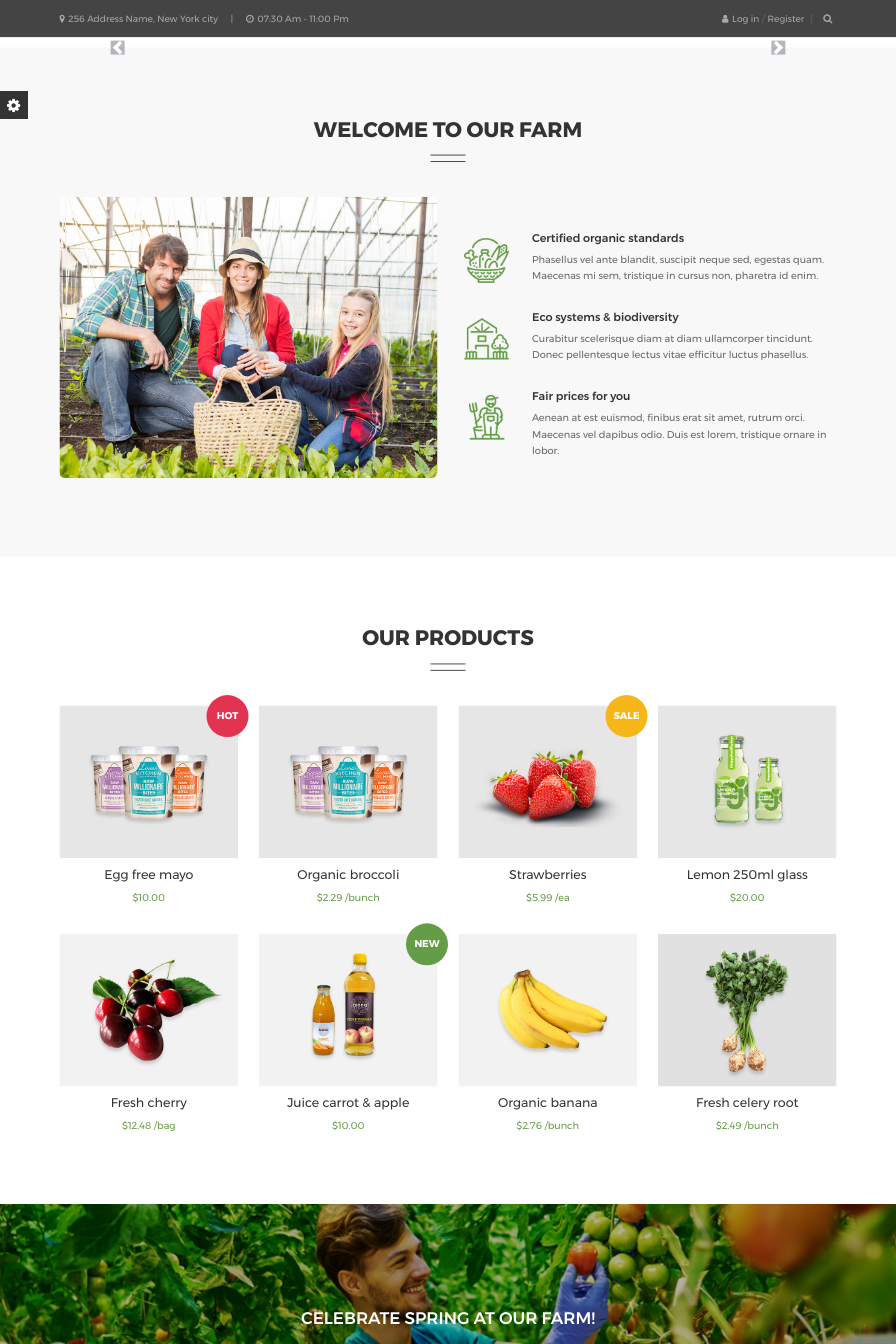
Repository: riteshyadav7878/ecofood
Page: http://localhost/
An editor plug-in stored every save of this project. The page is shown before and after the next save, followed by the edit.
The browser window is 1280 px wide. The pictures show the part of the page from y = 0 to 1920 px (the page is 3526 px tall before and 3516 px after), at 70% of full size.
Backgrounds fixed to the window are drawn as part of the page. Some web libraries are served in a nearby version. The page is run by PHP 8.4 with error messages shown; the project is at /var/www/html/. Other server files are loaded and not shown. Queries for data that is not in the repository find no rows.

Above is the page before, as saved 2024-09-03 12:01:25.

### index.php
<?php
include 'conn.php'; // Include your database connection file

// Fetch all active sliders
$sql = "SELECT * FROM slider WHERE status='active'";
$result = $conn->query($sql);
?>

<!DOCTYPE html>

<!-- [if gt IE 8] <!-->
<html class="no-js" lang="en">
<!-- <![endif]-->

<!-- Mirrored from freebw.com/templates/ecofood/index1.html by HTTrack Website Copier/3.x [XR&CO'2014], Thu, 29 Aug 2024 05:33:16 GMT -->
<!-- Added by HTTrack --><meta http-equiv="content-type" content="text/html;charset=UTF-8" /><!-- /Added by HTTrack -->
<head>

<meta charset="UTF-8">
<title>Homepage 2 - Ecofood html5 templates</title>
<meta name="description" content="Ecofood theme tempalte">
<meta name="author" content="AuCreative">
<meta name="keywords" content="Ecofood theme template">

<meta name="viewport" content="width=device-width, initial-scale=1">

<link href="fonts/fonts.css" rel="stylesheet">
<link href="vendor/font-awesome/css/font-awesome.min.css" rel="stylesheet">
<link href="vendor/bootstrap/dist/css/bootstrap.min.css" rel="stylesheet">
<link href="vendor/css-hamburgers/dist/hamburgers.min.css" rel="stylesheet">
<link href="vendor/malihu-custom-scrollbar-plugin/jquery.mCustomScrollbar.css" rel="stylesheet">
<link href="vendor/animate.css/animate.min.css" rel="stylesheet">
<link href="vendor/revolution/css/layers.css" rel="stylesheet">
<link href="vendor/revolution/css/navigation.css" rel="stylesheet">
<link href="vendor/revolution/css/settings.css" rel="stylesheet">
<link href="vendor/owl.carousel/dist/assets/owl.carousel.min.css" rel="stylesheet">
<link href="css/main.css" rel="stylesheet">
<link href="css/switcher.css" rel="stylesheet">
<link href="css/colors/green.css" rel="stylesheet" id="colors">
<link href="css/retina.css" rel="stylesheet">

<link rel="shortcut icon" href="favicon.png">
<link rel="apple-touch-icon" href="apple-touch-icon.png">
<link rel="apple-touch-icon" sizes="72x72" href="apple-touch-icon-72x72.png">
<link rel="apple-touch-icon" sizes="114x114" href="apple-touch-icon-114x114.html">
<script src="js/modernizr-custom.js"></script>
<link href="https://stackpath.bootstrapcdn.com/bootstrap/4.5.2/css/bootstrap.min.css" rel="stylesheet">
    <style>
        .carousel-item img {
            width: 100%;
            height: 500px; /* Fixed height for images */
            object-fit: cover; /* Ensure images cover the area without distortion */
            border: 5px solid #fff; /* White border around images */
            border-radius: 10px; /* Optional: rounded corners for the border */
        }
        .carousel-caption {
            text-align: center; /* Center align text */
            background-color: rgba(0, 0, 0, 0.5); /* Semi-transparent background for readability */
            padding: 15px; /* Add padding */
            border-radius: 5px; /* Rounded corners for caption box */
        }
        .carousel-caption h5 {
            font-weight: bold; /* Make title bold */
            font-size: 3rem; /* Increase font size of title */
        }
        .carousel-caption p {
            font-size: 2rem; /* Increase font size of description */
        }
        .carousel-control-prev,
        .carousel-control-next {
            color: #6c757d; /* Secondary color for the controls (gray) */
        }
        .carousel-control-prev-icon,
        .carousel-control-next-icon {
            background-color: #6c757d; /* Secondary color for the control icons background */
        }
    </style>
</head>
<body>

<div class="page-loader">
<div class="loader"></div>
</div>
<div id="switcher">
<span class="switcher-cog"></span>
<div class="mCustomScrollbar" data-mcs-theme="minimal-dark">
<a class="btn-buy" href="https://themeforest.net/cart/add_items?item_ids=20283248&amp;ref=authemes" target="_blank">Buy Now</a>
<div class="clearfix"></div>
<div class="m-b-50"></div>
<span class="sw-title">Main Colors:</span>
<ul id="tm-color">
<li class="color1"></li>
<li class="color2"></li>
<li class="color3"></li>
<li class="color4"></li>
<li class="color5"></li>
<li class="color6"></li>
<li class="color7"></li>
</ul>
<div class="m-b-50"></div>
<span class="sw-title">HomePage Layout</span>
<ul class="demo-homepage">
<li>
<a href="index-2.html">
<img src="images/home_1.jpg" alt />
</a>
<img class="popup-demo-homepage" src="images/home_1.jpg" alt="Image" />
</li>
<li>
<a href="index1.html">
<img src="images/home_2.jpg" alt />
</a>
<img class="popup-demo-homepage" src="images/home_2.jpg" alt="Image" />
</li>
<li>
<a href="index2.html">
<img src="images/home_3.jpg" alt />
</a>
<img class="popup-demo-homepage" src="images/home_3.jpg" alt="Image" />
</li>
<li>
<a href="index3.html">
<img src="images/home_4.jpg" alt />
</a>
<img class="popup-demo-homepage" src="images/home_4.jpg" alt="Image" />
</li>
</ul>
</div>
</div>
<header>

<!--    Navbar -->
    <?php include 'Navbar.php'; ?>


<div class="section dark-background">
<div class="container">
<div class="header-2">
<div class="header-left">
<p>
<i class="fa fa-map-marker"></i>256 Address Name, New York city
<span>|</span>
<i class="fa fa-clock-o"></i>07:30 Am - 11:00 Pm</p>
</div>
<div class="header-right">
<div class="header-login">
<a href="login.php">
<i class="fa fa-user"></i>Log in</a>
<span>/</span>
<a href="register.php">Register</a>
</div>
<span class="divider">|</span>
<div class="header-search">
<button class="fa fa-search"></button>
<div class="search-box">
<input type="text" placeholder="Search..." />
</div>
</div>
</div>
</div>
</div>
</div>

</header>

<section>
<div class="container mt-4">

        <!-- Bootstrap Carousel -->
        <div id="carouselExampleIndicators" class="carousel slide">
            <ol class="carousel-indicators">
                <?php $i = 0; while($row = $result->fetch_assoc()): ?>
                    <li data-target="#carouselExampleIndicators" data-slide-to="<?php echo $i; ?>" class="<?php echo $i == 0 ? 'active' : ''; ?>"></li>
                <?php $i++; endwhile; ?>
            </ol>
            <div class="carousel-inner">
                <?php
                $result->data_seek(0); // Reset result pointer to the start
                $i = 0;
                while($row = $result->fetch_assoc()):
                ?>
                    <div class="carousel-item <?php echo $i == 0 ? 'active' : ''; ?>">
                        <img src="<?php echo $row['image_url']; ?>" class="d-block w-100" alt="<?php echo htmlspecialchars($row['title']); ?>">
                        <div class="carousel-caption d-none d-md-block">
                            <h5><?php echo htmlspecialchars($row['title']); ?></h5>
                            <p><?php echo htmlspecialchars($row['description']); ?></p>
                        </div>
                    </div>
                <?php $i++; endwhile; ?>
            </div>
            <a class="carousel-control-prev" href="#carouselExampleIndicators" role="button" data-slide="prev">
                <span class="carousel-control-prev-icon" aria-hidden="true"></span>
                <span class="sr-only">Previous</span>
            </a>
            <a class="carousel-control-next" href="#carouselExampleIndicators" role="button" data-slide="next">
                <span class="carousel-control-next-icon" aria-hidden="true"></span>
                <span class="sr-only">Next</span>
            </a>
        </div>
    </div>
</section>
<section>
<div class="section grey-background p-t-100 p-b-100">
<div class="container">

<div class="heading-section-1">
<h3>WELCOME TO OUR FARM</h3>
</div>
<div class="m-t-50">

<div class="about-1">
<div class="row">
<div class="col-md-6">
<div class="about-image">
<img src="images/about-01.jpg" alt="about farm" />
</div>
</div>
<div class="col-md-6">
<div class="about-content">
<div class="about-content-item">
<div class="content-image">
<img src="images/icons/ic-about-01.png" alt="about icon" />
</div>
<div class="content-main">
<h3 class="title-content">Certified organic standards</h3>
<p class="content-content">Phasellus vel ante blandit, suscipit neque sed, egestas quam. Maecenas mi sem, tristique in cursus non, pharetra id enim.</p>
</div>
</div>
<div class="about-content-item">
<div class="content-image">
<img src="images/icons/ic-about-02.png" alt="about icon" />
</div>
<div class="content-main">
<h3 class="title-content">Eco systems & biodiversity</h3>
<p class="content-content">Curabitur scelerisque diam at diam ullamcorper tincidunt. Donec pellentesque lectus vitae efficitur luctus phasellus.</p>
</div>
</div>
<div class="about-content-item">
<div class="content-image">
<img src="images/icons/ic-about-03.png" alt="about icon" />
</div>
<div class="content-main">
<h3 class="title-content">Fair prices for you</h3>
<p class="content-content">Aenean at est euismod, finibus erat sit amet, rutrum orci. Maecenas vel dapibus odio. Duis est lorem, tristique ornare in lobor.</p>
</div>
</div>
</div>
</div>
</div>
</div>

</div>
</div>
</div>
</section>

<section class="m-t-100 m-b-60">
<div class="section white-background">
<div class="container">

<div class="heading-section-1">
<h3>OUR PRODUCTS</h3>
</div>
<div class="product-list m-t-50">
<div class="row">
<div class="col-md-3 col-sm-6">
    <div class="product-1">
        <div class="product-image">
            <div class="image-holder">
                <!-- Make the image clickable -->
                <a href="shopping-cart.php">
                    <img src="images/product-item-01.jpg" alt="Egg free mayo" />
                </a>
            </div>
            <div class="product-status hot">
                <span>HOT</span>
            </div>
        </div>
        <div class="product-content">
            <h3 class="title">
                <a class="name" href="product-details-1.php">Egg free mayo</a>
            </h3>
            <p class="price">$10.00</p>
        </div>
    </div>
</div>

<div class="col-md-3 col-sm-6">
    <div class="product-1">
        <div class="product-image">
            <div class="image-holder">
                <!-- Make the image clickable -->
                <a href="shop-list-without-sidebar.php">
                    <img src="images/product-item-01.jpg" alt="Organic broccoli" />
                </a>
            </div>
        </div>
        <div class="product-content">
            <h3 class="title">
                <a class="name" href="product-details-02.php">Organic broccoli</a>
            </h3>
            <p class="price">$2.29 /bunch</p>
        </div>
    </div>
</div>

<div class="col-md-3 col-sm-6">
    <div class="product-1">
        <div class="product-image">
            <div class="image-holder">
                <!-- Make the image clickable -->
                <a href="shop-list-without-sidebar.php">
                    <img src="images/product-item-03.jpg" alt="Strawberries" />
                </a>
            </div>
            <div class="product-status sale">
                <span>SALE</span>
            </div>
        </div>
        <div class="product-content">
            <h3 class="title">
                <a class="name" href="product-details-1.php">Strawberries</a>
            </h3>
            <p class="price">$5.99 /ea</p>
        </div>
    </div>
</div>

<div class="col-md-3 col-sm-6">
    <div class="product-1">
        <div class="product-image">
            <div class="image-holder">
                <!-- Make the image clickable -->
                <a href="shop-list-without-sidebar.php">
                    <img src="images/product-item-04.jpg" alt="Lemon 250ml glass" />
                </a>
            </div>
        </div>
        <div class="product-content">
            <h3 class="title">
                <a class="name" href="product-details-1.php">Lemon 250ml glass</a>
            </h3>
            <p class="price">$20.00</p>
        </div>
    </div>
</div>

<div class="col-md-3 col-sm-6">
    <div class="product-1">
        <div class="product-image">
            <div class="image-holder">
                <!-- Make the image clickable -->
                <a href="shop-list-without-sidebar.php">
                    <img src="images/product-item-05.jpg" alt="Fresh cherry" />
                </a>
            </div>
        </div>
        <div class="product-content">
            <h3 class="title">
                <a class="name" href="product-details-1.php">Fresh cherry</a>
            </h3>
            <p class="price">$12.48 /bag</p>
        </div>
    </div>
</div>

<div class="col-md-3 col-sm-6">
    <div class="product-1">
        <div class="product-image">
            <div class="image-holder">
                <!-- Make the image clickable -->
                <a href="shop-list-without-sidebar.php">
                    <img src="images/product-item-06.jpg" alt="Juice carrot &amp; apple" />
                </a>
            </div>
            <div class="product-status new">
                <span>NEW</span>
            </div>
        </div>
        <div class="product-content">
            <h3 class="title">
                <a class="name" href="product-details-1.php">Juice carrot &amp; apple</a>
            </h3>
            <p class="price">$10.00</p>
        </div>
    </div>
</div>

<div class="col-md-3 col-sm-6">
    <div class="product-1">
        <div class="product-image">
            <div class="image-holder">
                <!-- Make the image clickable -->
                <a href="shop-list-without-sidebar.php">
                    <img src="images/product-item-07.jpg" alt="Organic banana" />
                </a>
            </div>
        </div>
        <div class="product-content">
            <h3 class="title">
                <a class="name" href="product-details-1.php">Organic banana</a>
            </h3>
            <p class="price">$2.76 /bunch</p>
        </div>
    </div>
</div>

<div class="col-md-3 col-sm-6">
    <div class="product-1">
        <div class="product-image">
            <div class="image-holder">
                <!-- Make the image clickable -->
                <a href="shop-list-without-sidebar.php">
                    <img src="images/product-item-08.jpg" alt="Fresh celery root" />
                </a>
            </div>
        </div>
        <div class="product-content">
            <h3 class="title">
                <a class="name" href="product-details-1.php">Fresh celery root</a>
            </h3>
            <p class="price">$2.49 /bunch</p>
        </div>
    </div>
</div>


</div>
</div>
</div>
</div>
</div>
</section>

<section>
<div class="section cover-background parallax-background" style="background: url(images/carousel-09.jpg) center center no-repeat;">
<div class="container">

<div class="call-to-action-1">
<div class="row">
<div class="col-md-8 col-md-push-2">
<div class="cta-heading">
<h3>CELEBRATE SPRING AT OUR FARM!</h3>
</div>
<div class="cta-content">
<p>If you plan to attend during the week (Tuesday-Friday) we highly recommend you purchase your ticket online in ADVANCE. If we do not sell out during the week, you will be able to purchase tickets at the door.</p>
</div>
<a class="cta-btn au-btn au-btn-primary au-btn-radius" href="#">Buy tickets</a>
</div>
</div>
</div>

</div>
</div>
</section>
<section>
<div class="section white-background p-t-100 p-b-80">
<div class="container">

<div class="heading-section-1">
<h3>FROM OUR BLOG</h3>
</div>
<div class="last-blog-list m-t-50">
<div class="row">
<div class="col-md-4">

<div class="blog-item-1">
<div class="blog-item-image">
<a href="#">
<img src="images/blog-item-01.jpg" alt="Change: Recycle K-Cups in the garden!
" />
</a>
</div>
<div class="blog-item-title">
<h3 class="title">
<a href="#">Change: Recycle K-Cups in the garden!
</a>
</h3>
</div>
<p class="blog-item-date">
<i class="fa fa-clock-o"></i>
<span>on April 28, 2017</span>
</p>
</div>

</div>
<div class="col-md-4">

<div class="blog-item-1">
<div class="blog-item-image">
<a href="#">
<img src="images/blog-item-02.jpg" alt="News: We’re on YouTube!
" />
</a>
</div>
<div class="blog-item-title">
<h3 class="title">
<a href="#">News: We’re on YouTube!
</a>
</h3>
</div>
<p class="blog-item-date">
<i class="fa fa-clock-o"></i>
<span>on April 28, 2017</span>
</p>
</div>

</div>
<div class="col-md-4">

<div class="blog-item-1">
<div class="blog-item-image">
<a href="#">
<img src="images/blog-item-03.jpg" alt="Make: A healthy and delicious St. Patrick’s day smoothie
" />
</a>
</div>
<div class="blog-item-title">
<h3 class="title">
<a href="#">Make: A healthy and delicious St. Patrick’s day smoothie
</a>
</h3>
</div>
<p class="blog-item-date">
<i class="fa fa-clock-o"></i>
<span>on April 28, 2017</span>
</p>
</div>

</div>
</div>
</div>
</div>
</div>
</section>
<div class="section grey-background p-t-50 p-b-50">
<div class="container">
<div class="partner-list owl-carousel" data-carousel-items="5" data-carousel-autoplay="true" data-carousel-center="false" data-carousel-loop="true" data-carousel-nav="false" data-carousel-xs="2" data-carousel-sm="3" data-carousel-md="5" data-carousel-lg="5" data-carousel-margin="80">

<div class="partner-1">
<div class="partner-icon">
<a href="#">
<img src="images/icons/ic-partner-01.png" alt="partner" />
</a>
</div>
</div>


<div class="partner-1">
<div class="partner-icon">
<a href="#">
<img src="images/icons/ic-partner-02.png" alt="partner" />
</a>
</div>
</div>


<div class="partner-1">
<div class="partner-icon">
<a href="#">
<img src="images/icons/ic-partner-03.png" alt="partner" />
</a>
</div>
</div>


<div class="partner-1">
<div class="partner-icon">
<a href="#">
<img src="images/icons/ic-partner-04.png" alt="partner" />
</a>
</div>
</div>


<div class="partner-1">
<div class="partner-icon">
<a href="#">
<img src="images/icons/ic-partner-05.png" alt="partner" />
</a>
</div>
</div>

</div>
</div>
</div>

<!-- Footer -->

<?php include 'Footer.php'; ?>

<div class="modal fade quick-view-1" id="myModal" role="dialog">
<div class="modal-dialog">

<div class="modal-content">
<div class="modal-header">
<button class="fa fa-close" type="button" data-dismiss="modal"></button>
</div>
<div class="modal-body">
<div class="row">
<div class="col-md-5">

<div class="product-detail-image-1">
<div class="product-primary-image owl-carousel" data-carousel-items="1" data-carousel-dotsData="true" data-carousel-nav="true" data-carousel-dots="true" data-carousel-xs="1" data-carousel-sm="1" data-carousel-md="1" data-carousel-lg="1" data-carousel-animateout="fadeOut" data-carousel-animatein="fadeIn">
<img data-dot="&lt;img src='images/product-details-image-05.jpg'&gt;" src="images/product-details-image-02.jpg" alt="product detail image" />
<img data-dot="&lt;img src='images/product-details-image-06.jpg'&gt;" src="images/product-details-image-03.jpg" alt="product detail image" />
<img data-dot="&lt;img src='images/product-details-image-07.jpg'&gt;" src="images/product-details-image-04.jpg" alt="product detail image" />
<img data-dot="&lt;img src='images/product-details-image-08.jpg'&gt;" src="images/product-details-image-01.jpg" alt="product detail image" />
</div>
</div>

</div>
<div class="col-md-7">

<div class="product-detail-content-1">
<div class="product-name">
<h3>Organic strawberries</h3>
</div>
<div class="product-cert">
<a href="#">
<img src="images/icons/ic-product-cert-01.png" alt="product cert" />
</a>
<a href="#">
<img src="images/icons/ic-product-cert-02.png" alt="product cert" />
</a>
<a href="#">
<img src="images/icons/ic-product-cert-03.png" alt="product cert" />
</a>
</div>
<div class="product-price">
<p>$5.99 /ea</p>
</div>
<div class="product-introduce">
<p>Morbi molestie nisi purus, vitae vestibulum turpis lacinia sit amet. Vestibulum ante ipsum primis in faucibus orci luctus et ultrices posuere cubilia.</p>
<p>In Stock</p>
<p>SKU: 1952C14</p>
</div>
<div class="prodcut-add-to-cart">
<input class="input-size" type="text" value="1" />
<button class="au-btn au-btn-primary au-btn-radius btn-add-to-cart" type="submit">ADD TO CART</button>
<a class="au-btn au-btn-border au-btn-radius btn-add-to-wishlist" href="#">ADD TO WISHLIST</a>
</div>
</div>

</div>
</div>
</div>
</div>
</div>
</div>

<div id="up-to-top">
<i class="fa fa-angle-up"></i>
</div>


<script src="vendor/jquery/dist/jquery.min.js"></script>
<script src="vendor/bootstrap/dist/js/bootstrap.min.js"></script>
<script src="vendor/retinajs/dist/retina.min.js"></script>
<script src="vendor/SmoothScroll/SmoothScroll.js"></script>
<script src="js/switcher-custom.js"></script>
<script src="vendor/revolution/js/jquery.themepunch.tools.min.js"></script>
<script src="vendor/revolution/js/jquery.themepunch.revolution.min.js"></script>
<script src="vendor/owl.carousel/dist/owl.carousel.min.js"></script>

<script type="text/javascript" src="vendor/revolution/js/extensions/revolution.extension.video.min.js"></script>
<script type="text/javascript" src="vendor/revolution/js/extensions/revolution.extension.slideanims.min.js"></script>
<script type="text/javascript" src="vendor/revolution/js/extensions/revolution.extension.actions.min.js"></script>
<script type="text/javascript" src="vendor/revolution/js/extensions/revolution.extension.layeranimation.min.js"></script>
<script type="text/javascript" src="vendor/revolution/js/extensions/revolution.extension.kenburn.min.js"></script>
<script type="text/javascript" src="vendor/revolution/js/extensions/revolution.extension.navigation.min.js"></script>
<script type="text/javascript" src="vendor/revolution/js/extensions/revolution.extension.migration.min.js"></script>
<script type="text/javascript" src="vendor/revolution/js/extensions/revolution.extension.parallax.min.js"></script>
<script src="js/revo-slider-custom.js"></script>
<script src="js/owl-custom.js"></script>
<script src="js/main.js"></script>

<script src="https://code.jquery.com/jquery-3.5.1.slim.min.js"></script>
    <script src="https://cdn.jsdelivr.net/npm/@popperjs/core@2.5.4/dist/umd/popper.min.js"></script>
    <script src="https://stackpath.bootstrapcdn.com/bootstrap/4.5.2/js/bootstrap.min.js"></script>
</body>

<!-- Mirrored from freebw.com/templates/ecofood/index1.html by HTTrack Website Copier/3.x [XR&CO'2014], Thu, 29 Aug 2024 05:33:19 GMT -->
</html>

### conn.php
<?php
$servername = "localhost";  // Replace with your server details
$username = "root";         // Replace with your database username
$password = "";             // Replace with your database password
$dbname = "ecofood";  // Replace with your database name

// Create connection
$conn = new mysqli($servername, $username, $password, $dbname);

// Check connection
if ($conn->connect_error) {
    die("Connection failed: " . $conn->connect_error);
}
// echo "Connected successfully";
?>

### css/retina.css
@media all and (-webkit-min-device-pixel-ratio:1.5){}

Loaded but not shown: css/main.css (library); css/colors/green.css (library); js/modernizr-custom.js (library); js/main.js (8 lines, source omitted); js/owl-custom.js (2 lines, source omitted); js/revo-slider-custom.js (2 lines, source omitted); js/switcher-custom.js (1 lines, source omitted); Navbar.php (224 lines, source omitted); css/switcher.css (1 lines, source omitted); fonts/fonts.css (1 lines, source omitted); Footer.php (92 lines, source omitted)

After the next save:
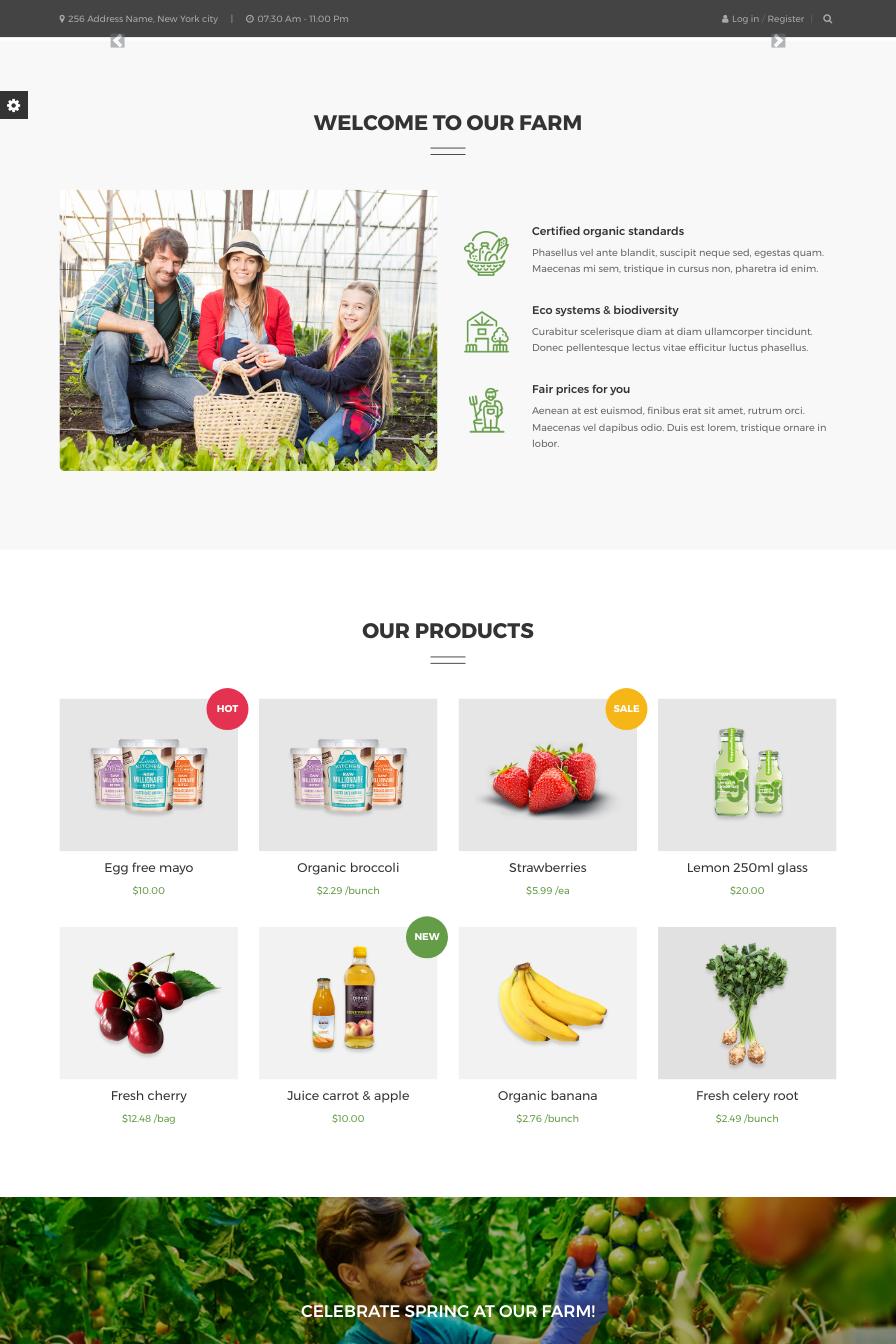
Saved 60 s later.
--- a/index.php
+++ b/index.php
@@ -164,7 +164,7 @@ $result = $conn->query($sql);
 </header>
 
 <section>
-<div class="container mt-4">
+<div class="container mt-2">
 
         <!-- Bootstrap Carousel -->
         <div id="carouselExampleIndicators" class="carousel slide">
